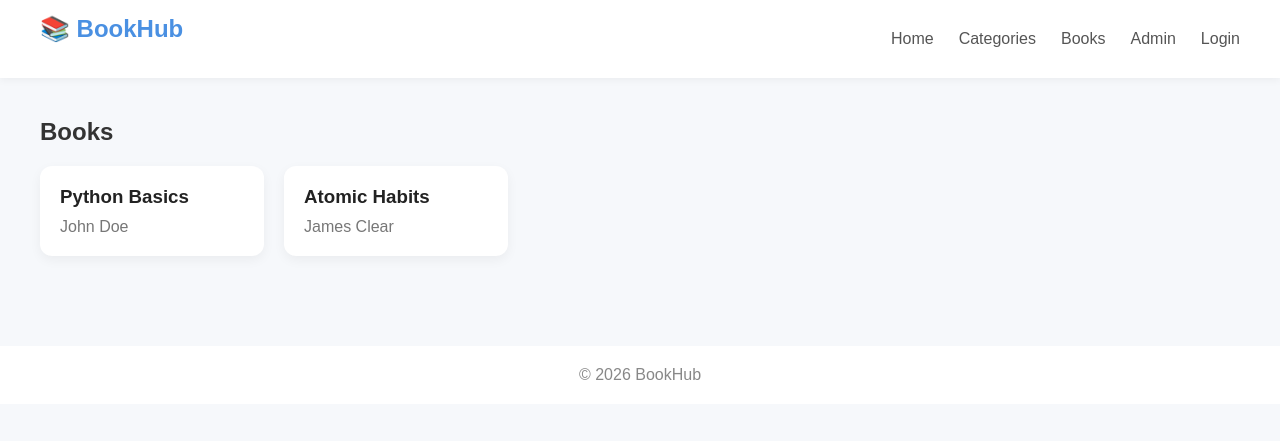
Repository: kparunsagar/Bookhub
Page: http://localhost/books
An editor plug-in stored every save of this project. The page is shown before and after the next save, followed by the edit.
The browser window is 1280 px wide. The pictures show the whole page.
The page is served by the project's application, run on Flask 3 (app.py). The database holds what the project's SQL file puts in it.

Above is the page before, as saved 2026-05-04 21:00:15.

After the next save:
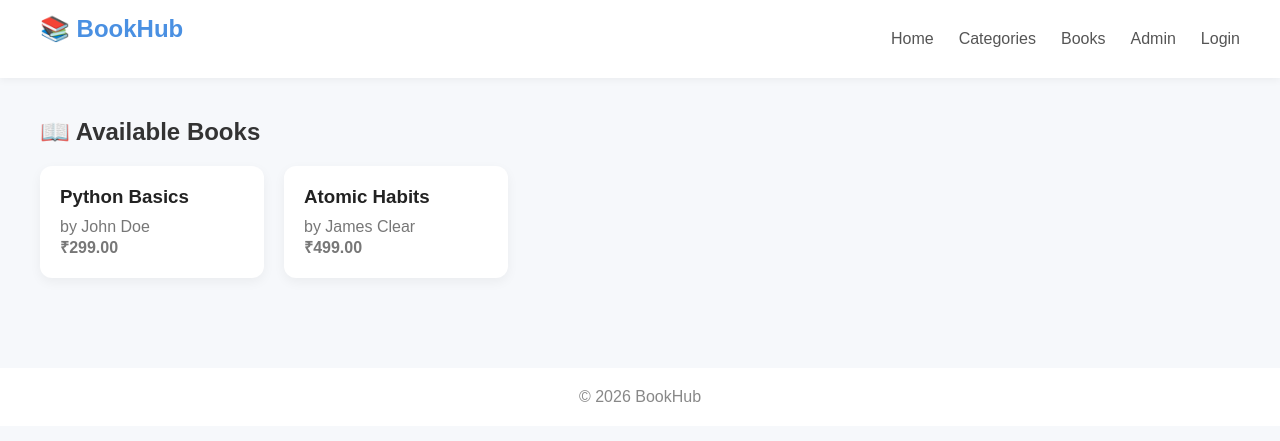
Saved 29 s later.
--- a/templates/books.html
+++ b/templates/books.html
@@ -1,13 +1,16 @@
+{% extends "base.html" %}
 
-{% extends "base.html" %}
 {% block content %}
-<h2>Books</h2>
+<h2>📖 Available Books</h2>
+
 <div class="book-grid">
     {% for book in books %}
         <div class="card">
             <h3>{{ book.title }}</h3>
-            <p>{{ book.author }}</p>
+            <p>by {{ book.author }}</p>
+            <p><strong>₹{{ book.price }}</strong></p>
         </div>
     {% endfor %}
 </div>
+
 {% endblock %}
